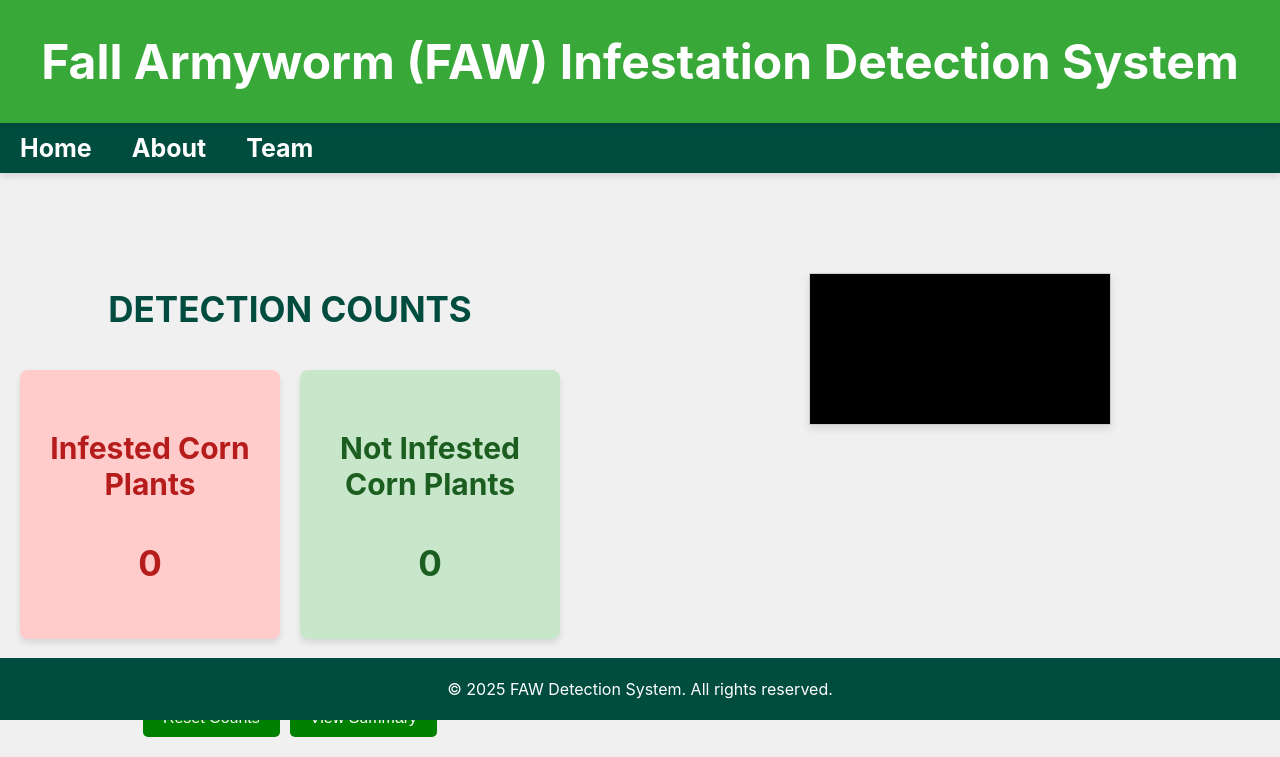
Repository: jansen223/faw-detection-main
Page: /
An editor plug-in stored every save of this project. The page is shown before and after the next save, followed by the edit.
The browser window is 1280 px wide. The pictures show the whole page.
The page's requests for data from a server got no answer. The project was rebuilt for these pictures with package versions that can differ from the ones it lists, and the page was loaded fresh each time. No one was signed in, and anything a server would have sent is missing. Also part of the build but not shown: src/pages/About.css, src/pages/About.js, src/pages/Team.css, src/pages/Team.js, src/pages/Summary.css, src/pages/Summary.js.

Above is the page before, as saved 2025-04-10 18:52:17.

### public/index.html
<!DOCTYPE html>
<html lang="en">
<head>
  <meta charset="utf-8" />
  <link rel="icon" href="%PUBLIC_URL%/maize_icon.jpg" />
  <meta name="viewport" content="width=device-width, initial-scale=1" />
  <meta name="theme-color" content="#000000" />
  <meta name="description" content="FAW Detection Web Interface" />
  <title>FAW Detection</title>
</head>
<body>
  <noscript>You need to enable JavaScript to run this app.</noscript>
  <div id="root"></div>
</body>
</html>

### src/App.js
import React, { useEffect, useRef } from 'react';
import { BrowserRouter as Router, Routes, Route, Link } from 'react-router-dom';
import { io } from 'socket.io-client';
import Home from './pages/Home';
import About from './pages/About';
import Team from './pages/Team';
import Summary from './pages/Summary';
import './App.css';

function App() {
  const canvasRef = useRef(null);
  const socketRef = useRef(null);
  const [counts, setCounts] = React.useState({ infested: 0, notInfested: 0 });

  useEffect(() => {
    socketRef.current = io('http://192.168.254.108:5000');

    let lastRenderTime = 0;
    socketRef.current.on('video_frame', (data) => {
      const now = Date.now();
      if (now - lastRenderTime < 100) return; // Skip frames if less than 100ms
      lastRenderTime = now;

      const img = new Image();
      img.src = `data:[embedded picture, 38 characters]

      img.onload = () => {
        const canvas = canvasRef.current;
        if (!canvas) return;
        const ctx = canvas.getContext('2d');
        canvas.width = img.width;
        canvas.height = img.height;
        ctx.drawImage(img, 0, 0);
      };
    });

    socketRef.current.on('detection_counts', (data) => {
      setCounts({
        infested: data.infested_count,
        notInfested: data.not_infested_count
      });
    });

    return () => {
      if (socketRef.current) socketRef.current.disconnect();
    };
  }, []);

  const resetCounts = async () => {
    try {
      const response = await fetch('http://192.168.254.108:5000/reset_counts', {
        method: 'POST',
      });
      const data = await response.json();
      if (data.message) {
        setCounts({ infested: 0, notInfested: 0 });
        alert(data.message);
      }
    } catch (error) {
      console.error('Error resetting counts:', error);
    }
  };

  return (
    <Router>
      <div className="App">
        <header className="App-header">
          <h1>Fall Armyworm (FAW) Infestation Detection System</h1>
        </header>
        <nav className="App-navbar">
          <ul>
            <li><Link to="/">Home</Link></li>
            <li><Link to="/about">About</Link></li>
            <li><Link to="/team">Team</Link></li>
          </ul>
        </nav>
        <Routes>
          <Route path="/" element={<Home canvasRef={canvasRef} counts={counts} resetCounts={resetCounts} />} />
          <Route path="/about" element={<About />} />
          <Route path="/team" element={<Team />} />
          <Route path="/summary" element={<Summary />} />
        </Routes>
        <footer className="App-footer">
          <p>&copy; 2025 FAW Detection System. All rights reserved.</p>
        </footer>
      </div>
    </Router>
  );
}

export default App;

### src/pages/Home.js
import React from 'react';
import { useNavigate } from 'react-router-dom';
import './Home.css';

function Home({ canvasRef, counts, resetCounts }) {
  const navigate = useNavigate();

  return (
    <div className="layout-container">
      <div className="detection-section">
        <h3>DETECTION COUNTS</h3>
        <div className="detection-cards">
          <div className="card infested">
            <h4>Infested Corn Plants</h4>
            <p>{counts.infested}</p>
          </div>
          <div className="card not-infested">
            <h4>Not Infested Corn Plants</h4>
            <p>{counts.notInfested}</p>
          </div>
        </div>
        <button onClick={resetCounts} className="reset-button">
          Reset Counts
        </button>
        <button onClick={() => navigate('/summary')} className="view-summary-button">
          View Summary
        </button>
      </div>
      <div className="camera-section">
        <canvas ref={canvasRef} />
      </div>
    </div>
  );
}

export default Home;

### src/App.css
html {
  margin: 0;
  padding: 0;
}

body {
  margin: 0;
  padding: 0;
}

.App {
  text-align: center;
  background-color: #f0f0f0;
  min-height: 100vh;
  display: flex;
  flex-direction: column;
  align-items: center;
}

.App-header {
  background-color: rgba(9, 151, 9, 0.795);
  color: white;
  text-align: center;
  font-size: 1.5rem;
  font-weight: bold;
  box-shadow: 0 4px 6px rgba(0, 0, 0, 0.1);
  top: 0;
  z-index: 1000;
  width: 100%;
  margin: 0;
  box-sizing: border-box;
}

.App-navbar {
  background-color: #004d40;
  color: white;
  padding: 10px 0 10px 0;
  display: flex;
  justify-content: space-between;
  align-items: center;
  box-shadow: 0 4px 6px rgba(0, 0, 0, 0.1);
  width: 100%;
}

.App-navbar ul {
  list-style: none;
  display: flex;
  gap: 40px;
  margin: 0;
  padding: 0;
  padding-left: 20px;
}

.App-navbar a {
  color: white;
  text-decoration: none;
  font-weight: bold;
  font-size: 25px;
}

.App-navbar a:hover {
  text-decoration: underline;
}

.App-footer {
  background-color: #004d40;
  color: white;
  padding: 5px 20px;
  text-align: center;
  position: fixed;
  bottom: 0;
  width: 100%;
}

### src/pages/Home.css
.layout-container {
  display: flex;
  justify-content: center;
  align-items: flex-start;
  gap: 100px;
  width: 100%;
  padding: 20px;
  box-sizing: border-box;
}

.detection-section {
  flex: 1;
  max-width: 600px;
  text-align: center;
  margin-top: 95px;
}

.detection-section h3 {
  font-size: 35px;
  font-weight: bold;
  color: #004d40;
  margin: 0 0 40px 0;
}

.detection-cards {
  display: flex;
  gap: 20px;
  margin-top: 10px;
}

.detection-cards .card {
  padding: 15px;
  border-radius: 8px;
  box-shadow: 0 4px 6px rgba(0, 0, 0, 0.1);
  text-align: center;
  flex: 1;
  transition: transform 0.3s ease;
}

.detection-cards .card.infested {
  background-color: #ffcccb;
  color: #b71c1c;
  padding: 20px;
}

.detection-cards .card.not-infested {
  background-color: #c8e6c9;
  color: #1b5e20;
  padding: 20px;
}

.detection-cards .card h4 {
  font-size: 30px;
}

.detection-cards .card p {
  font-size: 35px;
  font-weight: bold;
}

.camera-section {
  flex: 2;
  display: flex;
  justify-content: center;
  max-width: 600px;
}

canvas {
  box-shadow: 0 4px 8px rgba(0, 0, 0, 0.1);
  background: black;
  margin-top: 80px;
  max-width: 100%;
  border: 1px solid #ccc;
}

.reset-button {
  margin-top: 60px;
  padding: 10px 20px;
  background-color: green;
  color: whitesmoke;
  border: none;
  border-radius: 5px;
  cursor: pointer;
  font-size: 1rem;
  transition: background-color 0.3s ease;
}

.reset-button:hover {
  background-color: darkgreen;
}

.view-summary-button {
  margin-top: 20px;
  margin-left: 10px;
  padding: 10px 20px;
  background-color: green;
  color: white;
  border: none;
  border-radius: 5px;
  cursor: pointer;
  font-size: 1rem;
  transition: background-color 0.3s ease;
}

.view-summary-button:hover {
  background-color: darkgreen;
}

Loaded but not shown: src/index.js (common file); src/index.css (common file); src/reportWebVitals.js (common file)

After the next save:
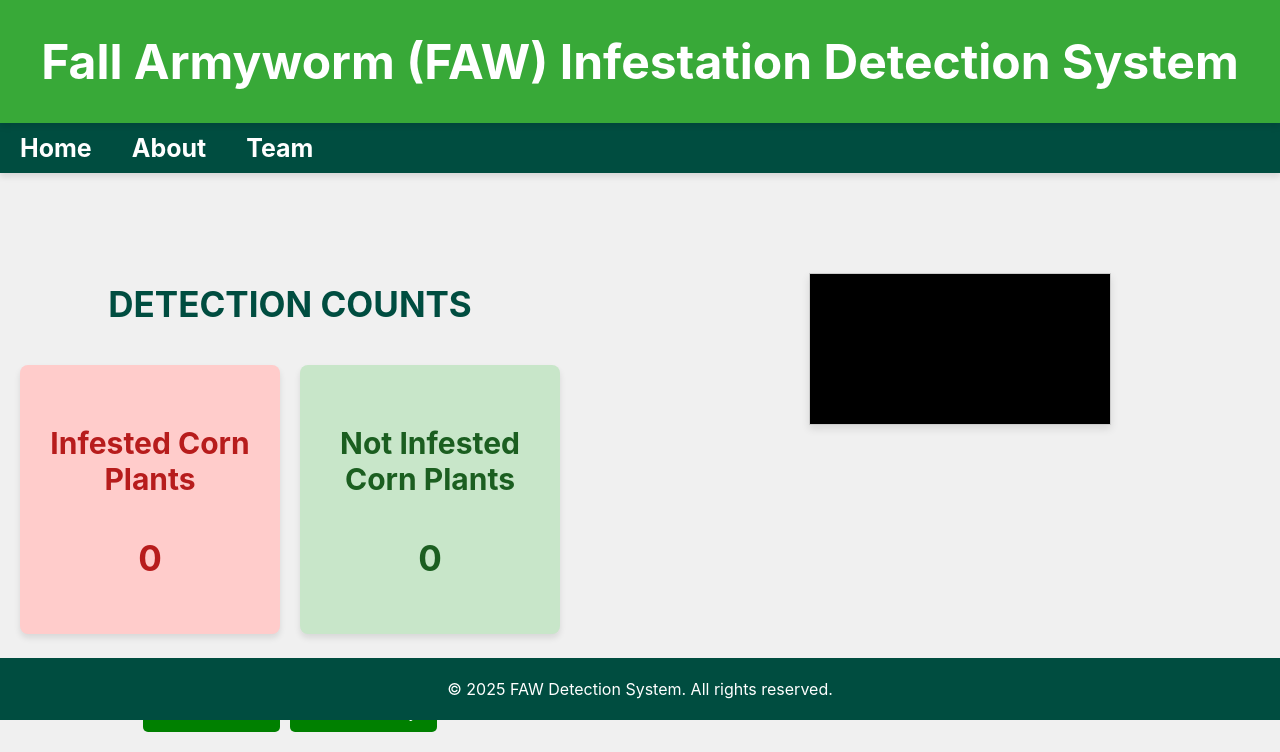
Saved 5 s later.
--- a/src/pages/Home.css
+++ b/src/pages/Home.css
@@ -12,7 +12,7 @@
   flex: 1;
   max-width: 600px;
   text-align: center;
-  margin-top: 95px;
+  margin-top: 90px;
 }
 
 .detection-section h3 {
